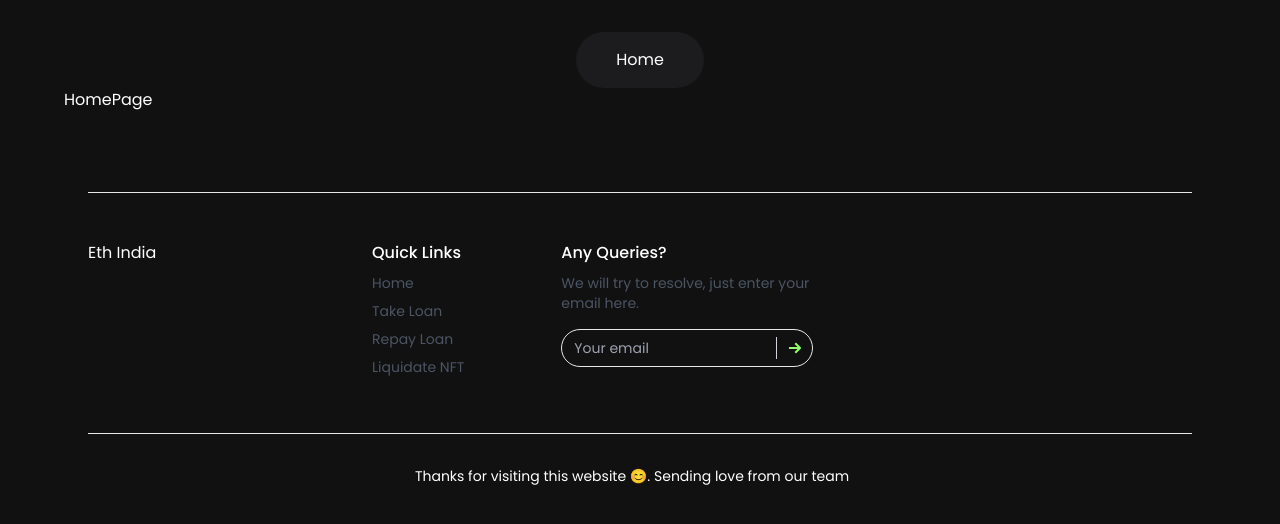
Repository: 0xinit/zkMon
Page: / (app in zkmon-frontend/)
These files come from the project's save history. The page is drawn as it stood at one moment and after the next save; the edit follows.
The browser window is 1280 px wide. The pictures show the whole page.
The project was rebuilt for these pictures with package versions that can differ from the ones it lists, and the page was loaded fresh each time. Also part of the build but not shown: zkmon-frontend/src/pages/Battle.jsx, zkmon-frontend/src/pages/PlayGame.jsx.

Above is the page before, as saved 2023-12-09 17:27:11.

After the next save:
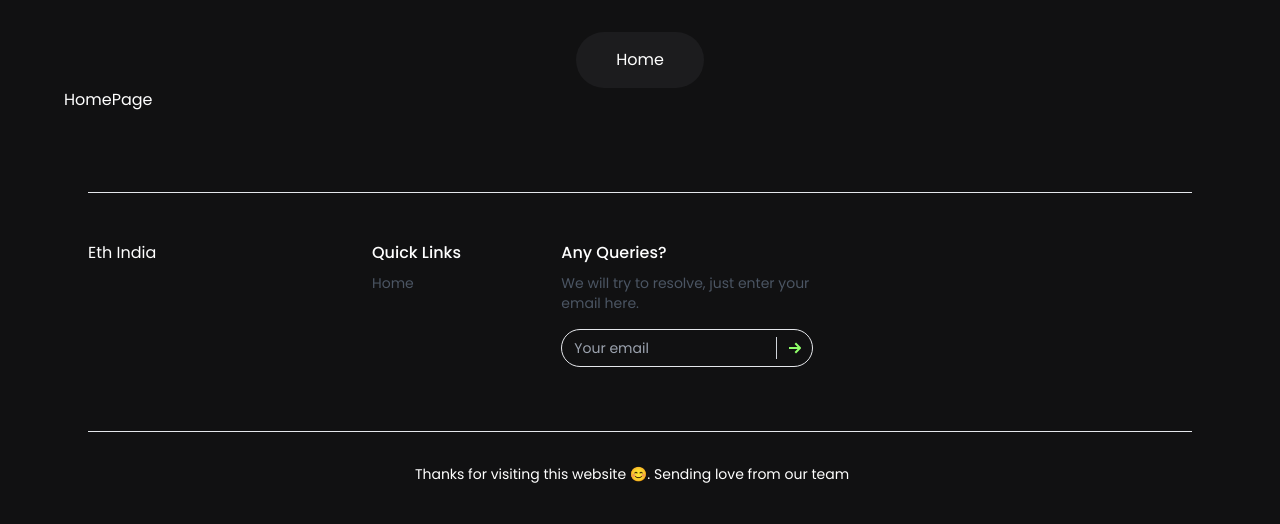
Saved 51 s later.
--- a/zkmon-frontend/src/components/Footer.jsx
+++ b/zkmon-frontend/src/components/Footer.jsx
@@ -24,30 +24,6 @@
                   className="text-gray-600 hover:text-white transition duration-150 ease-in-out"
                 >
                   Home
-                </Link>
-              </li>
-              <li className="mb-2">
-                <Link
-                  to="/takeLoan"
-                  className="text-gray-600 hover:text-white transition duration-150 ease-in-out"
-                >
-                  Take Loan
-                </Link>
-              </li>
-              <li className="mb-2">
-                <Link
-                  to="/repayloan"
-                  className="text-gray-600 hover:text-white transition duration-150 ease-in-out"
-                >
-                  Repay Loan
-                </Link>
-              </li>
-              <li className="mb-2">
-                <Link
-                  to="/liquidatenft"
-                  className="text-gray-600 hover:text-white transition duration-150 ease-in-out"
-                >
-                  Liquidate NFT
                 </Link>
               </li>
             </ul>
